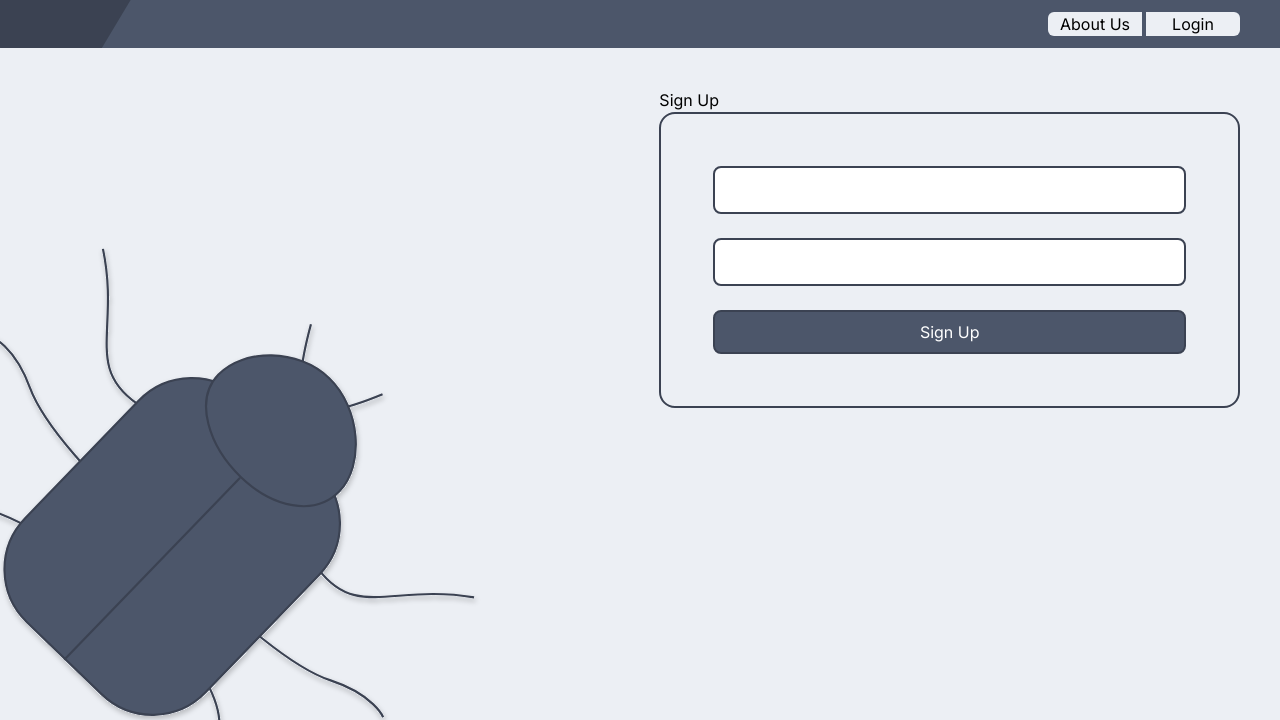
Repository: Qu4ntumGuy/project-bug
Page: /signup
An editor plug-in stored every save of this project. The page is shown before and after the next save, followed by the edit.
The browser window is 1280 px wide. The pictures show the whole page.
The project was rebuilt for these pictures with package versions that can differ from the ones it lists, and the page was loaded fresh each time. The framework's server and built-in components were replaced by stand-ins that run in the browser. Also part of the build but not shown: next.config.mjs, src/components/Diamond.module.css, src/components/Navbar.js.

Above is the page before, as saved 2024-02-13 23:52:59.

### src/app/layout.js
import { Inter } from "next/font/google";
import "./globals.css";

const inter = Inter({ subsets: ["latin"] });

export default function RootLayout({ children }) {
  return (
    <html lang="en">
      <head>
        <title>Project-bug</title>
        <meta name="description" content="Description goes here." />
        <link rel="preconnect" href="https://fonts.googleapis.com" />
        <link rel="preconnect" href="https://fonts.gstatic.com" crossorigin />
        <link
          href="https://fonts.googleapis.com/css2?family=Fira+Code:wght@300;400;500;600&display=swap"
          rel="stylesheet"
        />
      </head>
      <body className={inter.className}>{children}</body>
    </html>
  );
}

### src/app/signup/layout.js
"use client";
import Navbar from "@/components/Navbar";
import Image from "next/image";
import reactangle from "../../../public/Rectangle 5.svg";

export default function Signup({ children }) {
  //   const { data: session, status } = useSession();

  return (
    <>
      <nav className="h-[10%] relative w-full z-10 bg-[#4C566A] flex justify-end">
        <div className="absolute flex -left-1 -top-1">
          <Image
            src={reactangle}
            alt="reactangle"
            height={52}
            className=" rounded-md"
          />
        </div>
        <div className="flex m-3 w-48 mr-10 justify-between">
          <div className="flex cursor-pointer bg-[#ECEFF4] w-full mr-1 rounded-l-md items-center justify-center align-middle">
            <button className="" onClick={() => signupHandler}>
              About Us
            </button>
          </div>
          <div className="flex bg-[#ECEFF4] cursor-pointer w-full rounded-r-md items-center justify-center align-middle">
            <button onClick={() => loginHandler}>Login</button>
          </div>
        </div>
      </nav>
      <div className="w-full overflow-hidden">{children}</div>
    </>
  );
}

### src/app/signup/page.js
import Image from "next/image";
import bug from "../../../public/Bug.svg";

export default function Signup() {
  return (
    <div className="flex justify-between">
      <div className="w-full">
        <Image
          className=" absolute left-0 bottom-0"
          height={550}
          src={bug}
          alt="bug"
        />
      </div>
      <div className="w-full p-10">
        <div className="flex my-auto flex-col">
          <div className="m">Sign Up</div>
          <form className=" max-w-3xl flex p-10 flex-col border-2 border-[#3B4252] rounded-2xl">
            <input
              className="rounded-lg border-2 border-[#3B4252] m-3 p-2 text-xl"
              type="text"
            />
            <input
              className="rounded-lg border-2 border-[#3B4252] m-3 p-2 text-xl"
              type="email"
            />
            <button className="text-white rounded-lg m-3 p-2 border-2 border-[#3B4252] bg-[#4C566A]">
              Sign Up
            </button>
          </form>
        </div>
      </div>
    </div>
  );
}

### src/app/globals.css
@tailwind base;
@tailwind components;
@tailwind utilities;

/* :root {
  --foreground-rgb: 0, 0, 0;
  --background-start-rgb: 214, 219, 220;
  --background-end-rgb: 255, 255, 255;
} */

/* @media (prefers-color-scheme: dark) {
  :root {
    --foreground-rgb: 255, 255, 255;
    --background-start-rgb: 0, 0, 0;
    --background-end-rgb: 0, 0, 0;
  }
} */

body {
  color: rgb(var(--foreground-rgb));
  background: rgba(236, 239, 244, 1);
  font-family: 'Fira Code', monospace;
}

@font-face {
  font-family: "Fira Code";
  src: url("../../public/font/FiraCode-VariableFont_wght.ttf")
    format("truetype");
}


/* @layer utilities {
  .text-balance {
    text-wrap: balance;
  }
} */

Loaded but not shown: tailwind.config.js (common file)

After the next save:
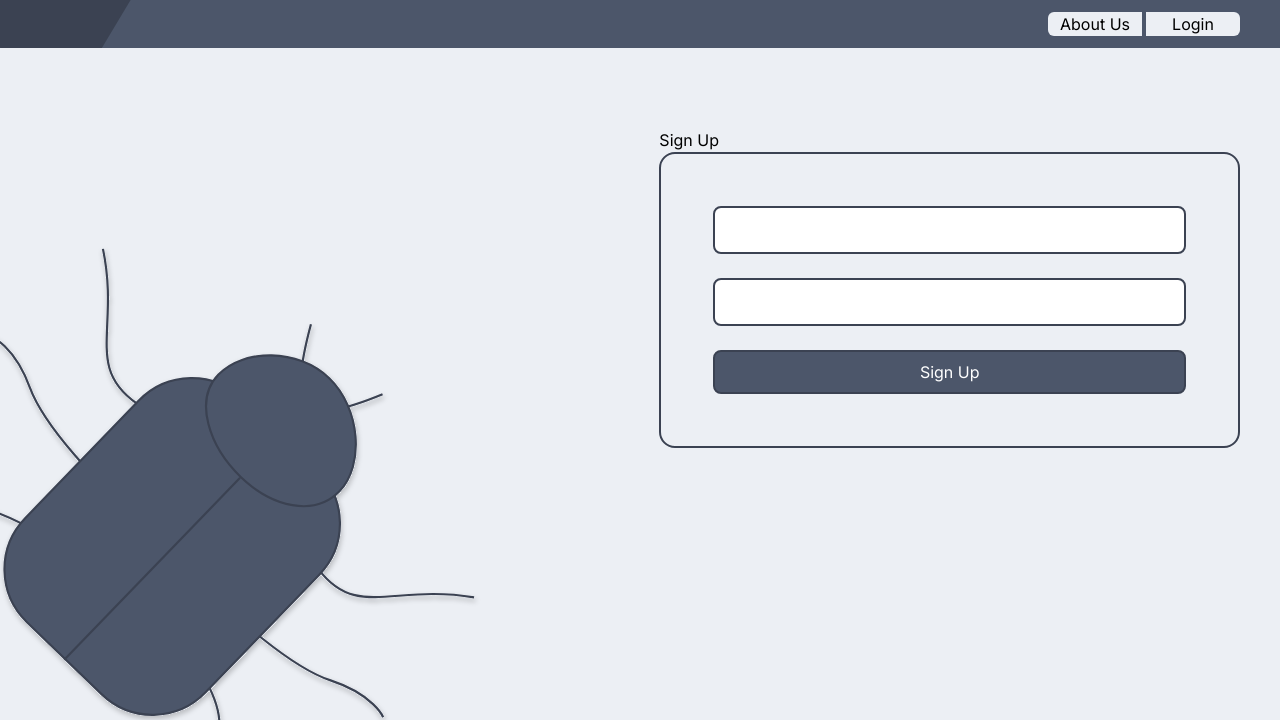
Saved 8 s later.
--- a/src/app/signup/page.js
+++ b/src/app/signup/page.js
@@ -13,7 +13,7 @@ export default function Signup() {
         />
       </div>
       <div className="w-full p-10">
-        <div className="flex my-auto flex-col">
+        <div className="flex my-10 flex-col">
           <div className="m">Sign Up</div>
           <form className=" max-w-3xl flex p-10 flex-col border-2 border-[#3B4252] rounded-2xl">
             <input
